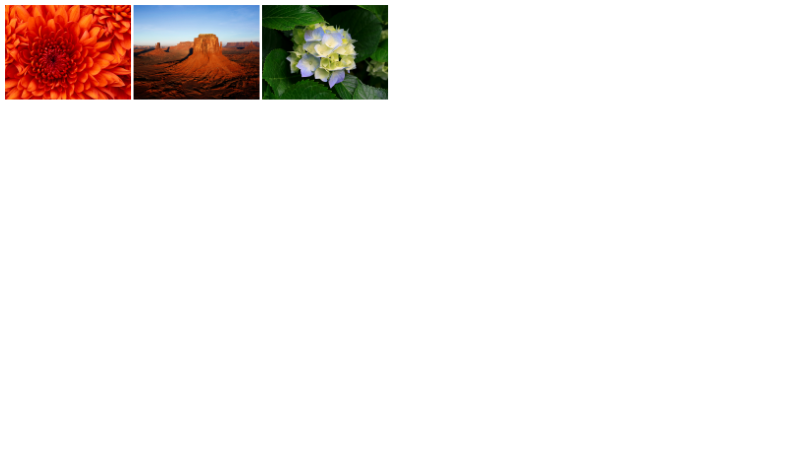
Repository: kdg0109/multicampus_course
Page: web course/workspace_web/edu/WebContent/jqexam/domedit/exam4.html
The author's editor kept a copy of each file at every save. The page is drawn from the files as they stood at one save, then again after the next save.
The browser window is 1280 px wide. The pictures show the whole page, at 63% of full size.
Some web libraries are served in a nearby version.

Above is the page before, as saved 2018-02-02 04:17:19.

### web course/workspace_web/edu/WebContent/jqexam/domedit/exam4.html
<!DOCTYPE html>
<html>
<head>
    <script src="http://code.jquery.com/jquery-2.1.3.min.js"></script>
    <script>
        $(document).ready(function () {
            $('img').attr('width', 200);
        });
    </script>
</head>
<body>
    <img src="Chrysanthemum.jpg"/>
    <img src="Desert.jpg"/>
    <img src="Hydrangeas.jpg"/>
</body>
</html>

After the next save:
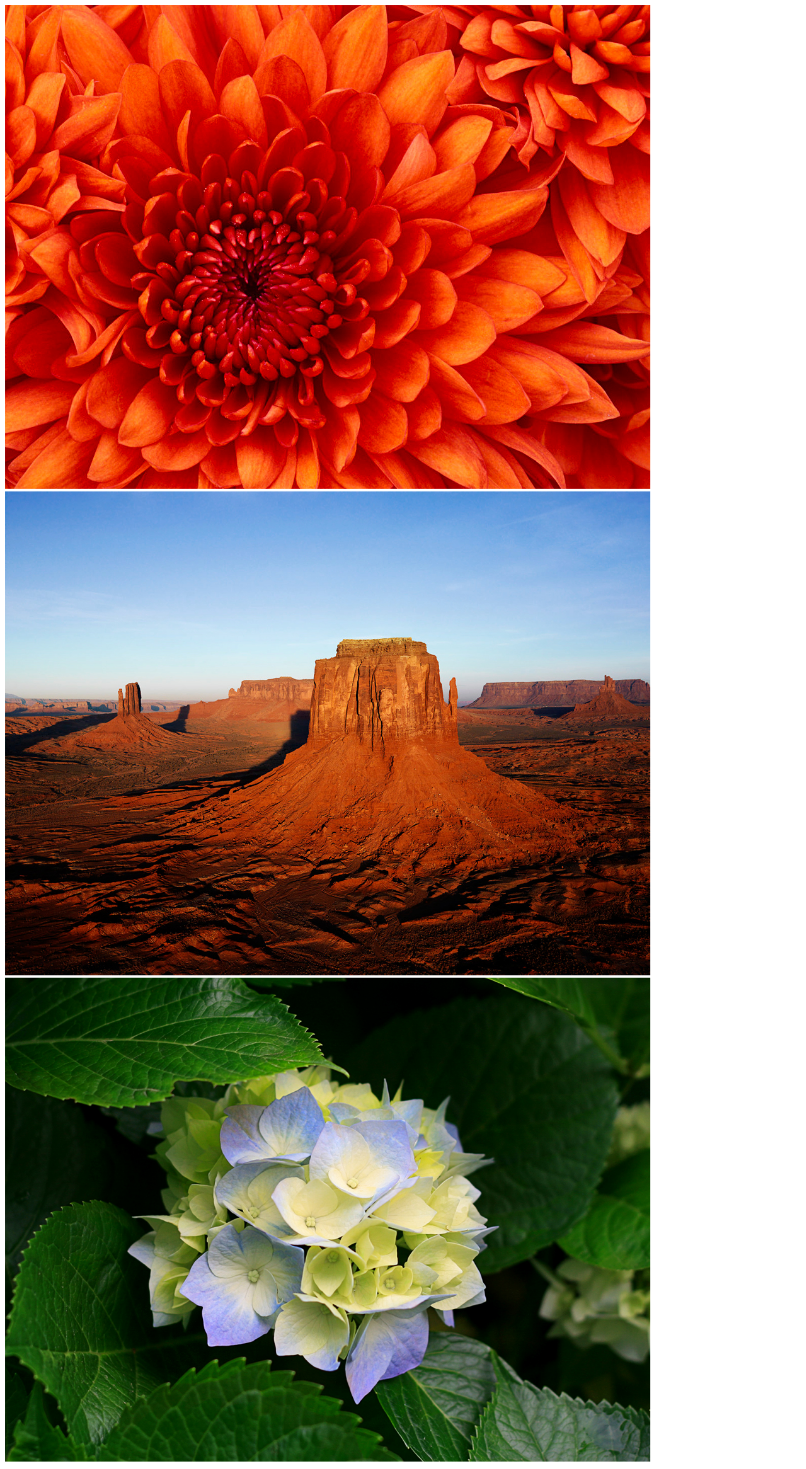
Saved 82 s later.
--- a/web course/workspace_web/edu/WebContent/jqexam/domedit/exam4.html
+++ b/web course/workspace_web/edu/WebContent/jqexam/domedit/exam4.html
@@ -3,9 +3,7 @@
 <head>
     <script src="http://code.jquery.com/jquery-2.1.3.min.js"></script>
     <script>
-        $(document).ready(function () {
-            $('img').attr('width', 200);
-        });
+    $('img').attr('width', 200);
     </script>
 </head>
 <body>

After the save that followed:
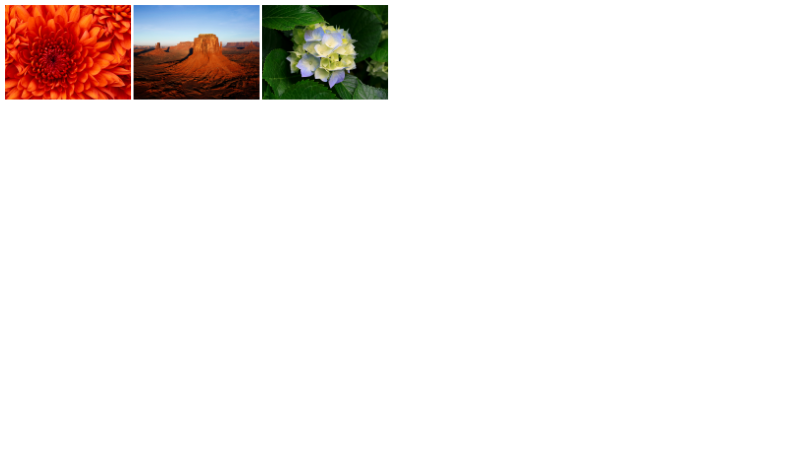
Saved 13 s later.
--- a/web course/workspace_web/edu/WebContent/jqexam/domedit/exam4.html
+++ b/web course/workspace_web/edu/WebContent/jqexam/domedit/exam4.html
@@ -2,13 +2,18 @@
 <html>
 <head>
     <script src="http://code.jquery.com/jquery-2.1.3.min.js"></script>
-    <script>
-    $('img').attr('width', 200);
-    </script>
+<!--     <script>
+        $(document).ready(function () {
+            $('img').attr('width', 200);
+        });
+    </script>  -->
 </head>
 <body>
     <img src="Chrysanthemum.jpg"/>
     <img src="Desert.jpg"/>
     <img src="Hydrangeas.jpg"/>
 </body>
+    <script>
+            $('img').attr('width', 200);
+    </script>
 </html>
